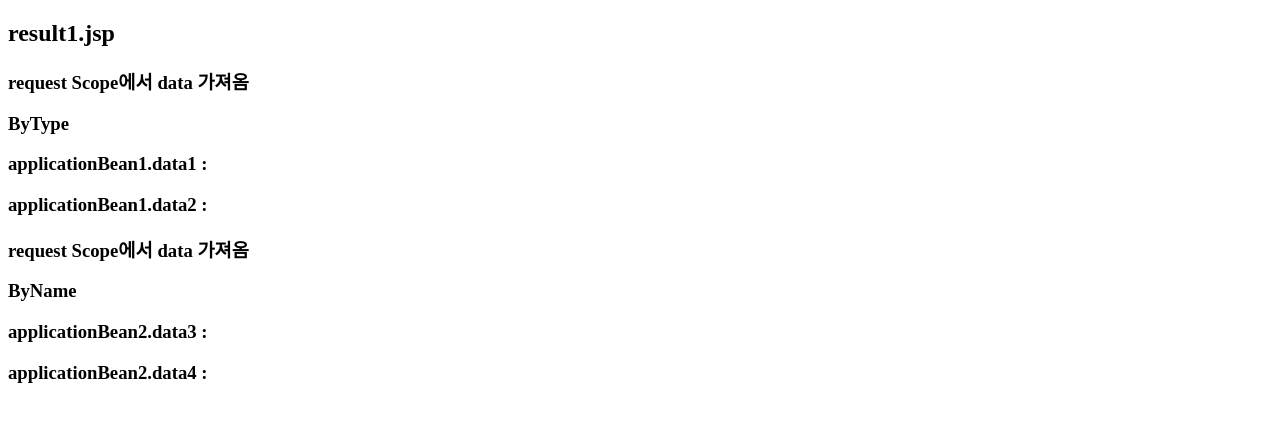
Repository: leejaeho5026/Spring
Page: http://localhost/ApplicationScopeXml/WEB-INF/views/result1.jsp
These files come from the project's save history. The page is drawn as it stood at one moment and after a run of saves; the edit follows.
The browser window is 1280 px wide. The pictures show the whole page.
The page is served by Tomcat 9. Nobody is signed in. Other server files are loaded and not shown. The template is opened directly, without the code that normally fills it, so the values that code supplies are empty.

Above is the page before, as saved 2023-06-12 06:34:33.

### ApplicationScopeXml/WebContent/WEB-INF/views/result1.jsp
<%@ page language="java" contentType="text/html; charset=UTF-8"
    pageEncoding="UTF-8"%>
<!DOCTYPE html>
<html>
<head>
<meta charset="UTF-8">
<title>Insert title here</title>
</head>
<body>
	<h2>result1.jsp</h2>
	<h3>request Scope에서 data 가져옴</h3>
	<h3>ByType</h3>
	<h3>applicationBean1.data1 : ${requestScope.applicationBean1.data1 }</h3>
	<h3>applicationBean1.data2 : ${requestScope.applicationBean1.data2 }</h3>
		<h3>request Scope에서 data 가져옴</h3>
	<h3>ByName</h3>
	<h3>applicationBean2.data3 : ${applicationScope.applicationBean2.data3 }</h3>
	<h3>applicationBean2.data4 : ${applicationScope.applicationBean2.data4 }</h3>
</body>
</html>

After the next 3 saves:
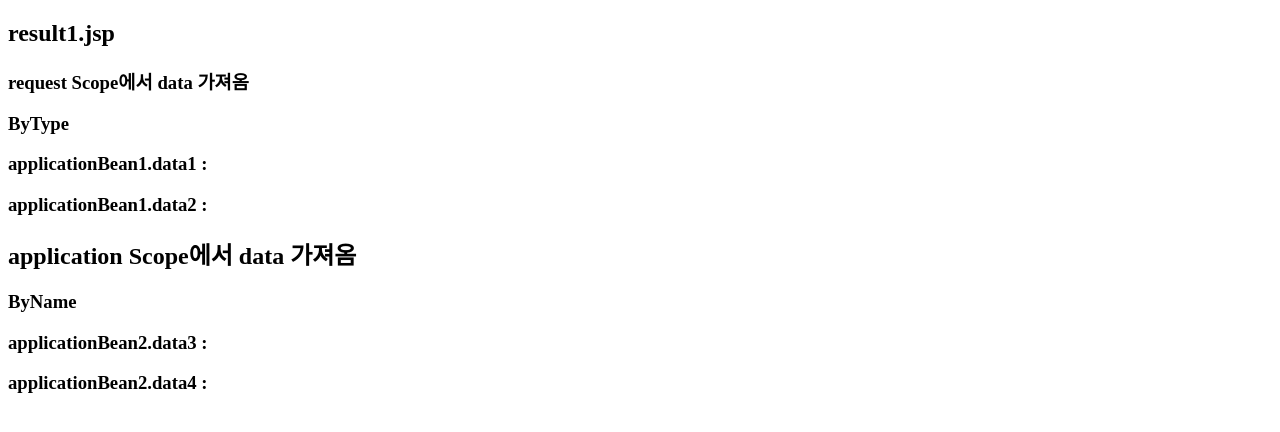
The 3 saves are shown as one change because they came seconds apart.
The last was saved 18 s later.
--- a/ApplicationScopeXml/WebContent/WEB-INF/views/result1.jsp
+++ b/ApplicationScopeXml/WebContent/WEB-INF/views/result1.jsp
@@ -12,7 +12,8 @@
 	<h3>ByType</h3>
 	<h3>applicationBean1.data1 : ${requestScope.applicationBean1.data1 }</h3>
 	<h3>applicationBean1.data2 : ${requestScope.applicationBean1.data2 }</h3>
-		<h3>request Scope에서 data 가져옴</h3>
+
+	<h2>application Scope에서 data 가져옴</h2>
 	<h3>ByName</h3>
 	<h3>applicationBean2.data3 : ${applicationScope.applicationBean2.data3 }</h3>
 	<h3>applicationBean2.data4 : ${applicationScope.applicationBean2.data4 }</h3>
